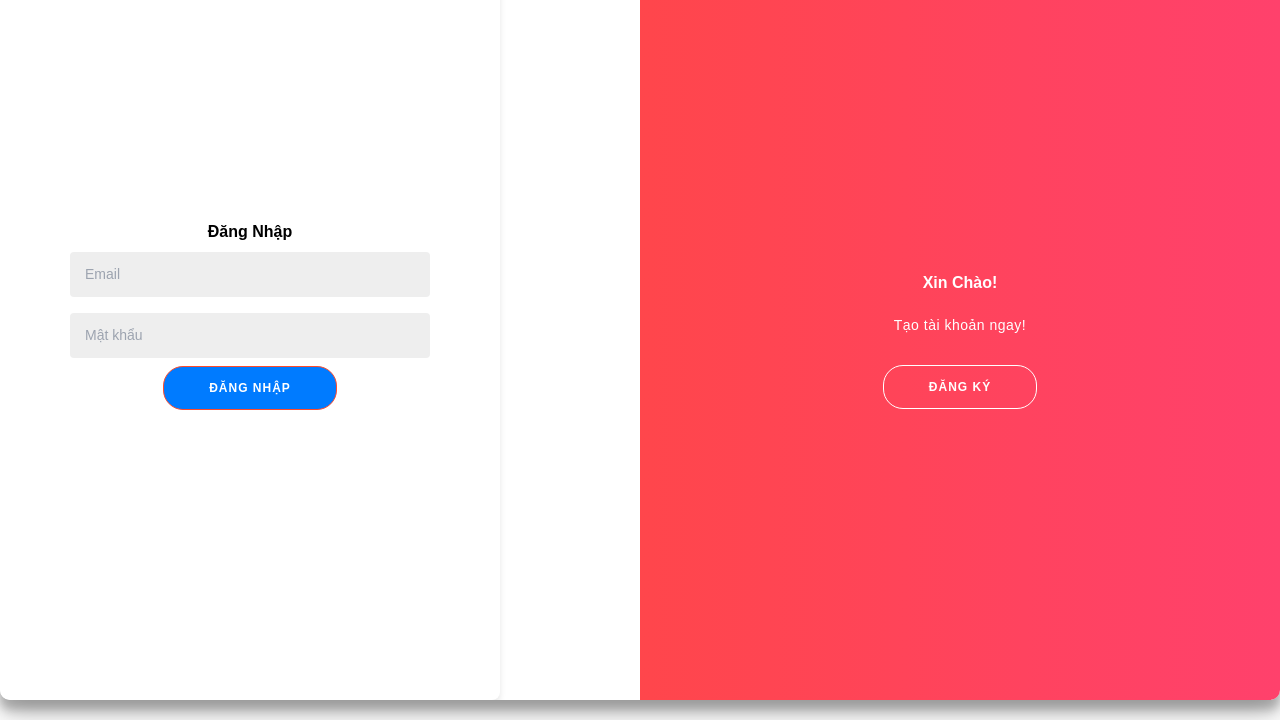
Repository: BlackWolf2002/project_airbn_react
Page: /login
The author's editor kept a copy of each file at every save. The page is drawn from the files as they stood at one save, then again after the next save.
The browser window is 1280 px wide. The pictures show the whole page.
The project was rebuilt for these pictures with package versions that can differ from the ones it lists, and the page was loaded fresh each time. Also part of the build but not shown: vite.config.js, src/api/apiService.js, src/style/Home.css, src/components/Navbar.jsx, src/style/Footer.css, src/components/Footer.jsx, src/components/Home.jsx, src/style/Admin.css and 18 more.

Above is the page before, as saved 2025-02-16 17:54:30.

### src/App.jsx
import React from "react";
import {
    BrowserRouter as Router,
    Route,
    Routes,
    Navigate,
} from "react-router-dom";
import { AuthProvider } from "./contexts/AuthContext";
import Home from "./components/Home";
import Login from "./pages/Login";
import AdminPage from "./pages/AdminPage";
import AdminRoute from "./routes/AdminRoute";
import RoomManagement from "./pages/RoomManagement";
import ViTri from "./pages/ViTri";
import BookingManagement from "./pages/BookingManagement";

function App() {
    return (
        <AuthProvider>
            <Router>
                <Routes>
                    <Route path="/" element={<Home />} />
                    <Route path="/login" element={<Login />} />
                    <Route path="/register" element={<Login />} />

                    {/* Nếu vào /admin, tự động chuyển hướng đến /admin/users */}
                    <Route
                        path="/admin"
                        element={<Navigate to="/admin/users" />}
                    />

                    {/* Route cho trang Admin */}
                    <Route
                        path="/admin/users"
                        element={
                            <AdminRoute>
                                <AdminPage />
                            </AdminRoute>
                        }
                    />

                    {/* Route cho quản lý Room */}
                    <Route
                        path="/admin/rooms"
                        element={
                            <AdminRoute>
                                <RoomManagement />
                            </AdminRoute>
                        }
                    />

                    {/* Route cho quản lý Vị Trí*/}
                    <Route
                        path="/admin/locations"
                        element={
                            <AdminRoute>
                                <ViTri />
                            </AdminRoute>
                        }
                    />

                    {/* Route cho quản lý Booking*/}
                    <Route
                        path="/admin/bookings"
                        element={
                            <AdminRoute>
                                <BookingManagement />
                            </AdminRoute>
                        }
                    />
                </Routes>
            </Router>
        </AuthProvider>
    );
}

export default App;

### src/contexts/AuthContext.jsx
import React, { createContext, useState, useEffect } from "react";

export const AuthContext = createContext();

export const AuthProvider = ({ children }) => {
    const [user, setUser] = useState(null);

    useEffect(() => {
        try {
            const storedUser = localStorage.getItem("user");
            if (storedUser) {
                setUser(JSON.parse(storedUser)); // Kiểm tra JSON trước khi parse
            }
        } catch (error) {
            console.error("Lỗi parse JSON:", error);
            localStorage.removeItem("user"); // Xóa dữ liệu lỗi
        }
    }, []);

    const loginUser = (userData) => {
        setUser(userData);
        localStorage.setItem("user", JSON.stringify(userData));
    };

    const logoutUser = () => {
        setUser(null);
        localStorage.removeItem("user");
        localStorage.removeItem("token");
    };

    return (
        <AuthContext.Provider value={{ user, loginUser, logoutUser }}>
            {children}
        </AuthContext.Provider>
    );
};

### src/pages/Login.jsx
import React, { useState, useContext } from "react";
import { AuthContext } from "../contexts/AuthContext";
import { login, register } from "../api/authService";
import { useNavigate } from "react-router-dom";
import "../style/Login.css";

const Login = () => {
    const { loginUser } = useContext(AuthContext);
    const navigate = useNavigate();
    const [formData, setFormData] = useState({ email: "", password: "" });
    const [isLogin, setIsLogin] = useState(true);
    const [message, setMessage] = useState("");

    const handleChange = (e) => {
        setFormData({ ...formData, [e.target.name]: e.target.value });
    };

    const handleSubmit = async (e) => {
        e.preventDefault();
        try {
            if (isLogin) {
                const data = await login(formData.email, formData.password);

                if (!data || !data.user) {
                    setMessage("Email hoặc mật khẩu không đúng!");
                    return;
                }

                loginUser(data.user);
                localStorage.setItem("token", data.token);
                localStorage.setItem("user", JSON.stringify(data.user));

                if (data.user.role === "ADMIN") {
                    navigate("/admin");
                } else {
                    navigate("/");
                }
            } else {
                await register(formData);
                setMessage("Đăng ký thành công! Hãy đăng nhập.");
                setIsLogin(true);
            }
        } catch (error) {
            console.error("Lỗi API:", error);
            setMessage("Có lỗi xảy ra! Vui lòng thử lại.");
        }
    };

    return (
        <div className="container-login" id="container">
            <div
                className={`form-container ${
                    isLogin ? "sign-in-container" : "sign-up-container"
                }`}
            >
                <form onSubmit={handleSubmit}>
                    <h1>{isLogin ? "Đăng Nhập" : "Đăng Ký"}</h1>
                    {!isLogin && (
                        <>
                            <input
                                type="text"
                                name="name"
                                placeholder="Tên"
                                onChange={handleChange}
                                required
                            />
                            <input
                                type="text"
                                name="phone"
                                placeholder="Số điện thoại"
                                onChange={handleChange}
                                required
                            />
                            <input
                                type="date"
                                name="birthday"
                                onChange={handleChange}
                                required
                            />
                            <select name="gender" onChange={handleChange}>
                                <option value={true}>Nam</option>
                                <option value={false}>Nữ</option>
                            </select>
                        </>
                    )}
                    <input
                        type="email"
                        name="email"
                        placeholder="Email"
                        onChange={handleChange}
                        required
                    />
                    <input
                        type="password"
                        name="password"
                        placeholder="Mật khẩu"
                        onChange={handleChange}
                        required
                    />
                    <button type="submit">
                        {isLogin ? "Đăng Nhập" : "Đăng Ký"}
                    </button>
                    <p className="message">{message}</p>
                </form>
            </div>
            <div className="overlay-container">
                <div className="overlay">
                    <div className="overlay-panel overlay-left">
                        <h1>Chào Mừng Trở Lại!</h1>
                        <p>Để tiếp tục, hãy đăng nhập</p>
                        <button
                            className="ghost"
                            onClick={() => setIsLogin(true)}
                        >
                            Đăng Nhập
                        </button>
                    </div>
                    <div className="overlay-panel overlay-right">
                        <h1>Xin Chào!</h1>
                        <p>Tạo tài khoản ngay!</p>
                        <button
                            className="ghost"
                            onClick={() => setIsLogin(false)}
                        >
                            Đăng Ký
                        </button>
                    </div>
                </div>
            </div>
        </div>
    );
};

export default Login;

### src/api/authService.js
import axios from "axios";

const API_URL = "https://airbnbnew.cybersoft.edu.vn/api/auth";
const TOKEN_CYBERSOFT =
    "eyJhbGciOiJIUzI1NiIsInR5cCI6IkpXVCJ9.eyJ0ZW5Mb3AiOiJOb2RlanMgNDgiLCJIZXRIYW5TdHJpbmciOiIxNi8wOC8yMDI1IiwiSGV0SGFuVGltZSI6IjE3NTUzMDI0MDAwMDAiLCJuYmYiOjE3MzU5MjM2MDAsImV4cCI6MTc1NTQ1MDAwMH0.qhz1imNFTn5VsERO5GZAfbkm944w0Vguuy5WQFo_d0Y";

// Hàm đăng nhập
export const login = async (email, password) => {
    try {
        const response = await axios.post(
            "https://airbnbnew.cybersoft.edu.vn/api/auth/signin",
            { email, password },
            {
                headers: {
                    "Content-Type": "application/json",
                    TokenCybersoft: TOKEN_CYBERSOFT,
                },
            }
        );

        if (response.data && response.data.content) {
            const { token, user } = response.data.content;

            localStorage.removeItem("token"); // Chỉ xóa token cũ
            localStorage.setItem("token", token);
            localStorage.setItem("user", JSON.stringify(user));

            console.log("✅ Token mới đã được lưu:", token);
            return { token, user };
        } else {
            throw new Error("Đăng nhập thất bại.");
        }
    } catch (error) {
        console.error("❌ Lỗi đăng nhập:", error);
        throw error.response ? error.response.data : error;
    }
};

// Hàm đăng ký
export const register = async (userData) => {
    try {
        const response = await axios.post(`${API_URL}/signup`, userData, {
            headers: {
                "Content-Type": "application/json",
                TokenCybersoft: TOKEN_CYBERSOFT,
            },
        });

        return response.data;
    } catch (error) {
        console.error("Lỗi đăng ký:", error);
        throw error.response ? error.response.data : error;
    }
};

### src/style/Login.css
.container-login {
    background-color: #fff;
    border-radius: 10px;
    box-shadow: 0 14px 28px rgba(0, 0, 0, 0.25), 0 10px 10px rgba(0, 0, 0, 0.22);
    position: relative;
    overflow: hidden;
    max-width: 100%;
    min-height: 480px;
    font-family: "Montserrat", sans-serif;
    height: 100vh;
    margin: -20px 0;
    display: flex;
    justify-content: center;
    align-items: center;
}

.container-login h1 {
    font-weight: bold;
    margin: 0;
}

.container-login p {
    font-size: 14px;
    font-weight: 100;
    line-height: 20px;
    letter-spacing: 0.5px;
    margin: 20px 0 30px;
}

.container-login a {
    color: #333;
    font-size: 14px;
    text-decoration: none;
    margin: 15px 0;
}

.container-login button {
    border-radius: 20px;
    border: 1px solid #ff4b2b;
    background-color: #ff4b2b;
    color: #ffffff;
    font-size: 12px;
    font-weight: bold;
    padding: 12px 45px;
    letter-spacing: 1px;
    text-transform: uppercase;
    transition: transform 80ms ease-in;
}

.container-login button:active {
    transform: scale(0.95);
}

.container-login button:focus {
    outline: none;
}

.container-login button.ghost {
    background-color: transparent;
    border-color: #ffffff;
}

.container-login form {
    background-color: #ffffff;
    display: flex;
    align-items: center;
    justify-content: center;
    flex-direction: column;
    padding: 0 50px;
    height: 100%;
    text-align: center;
}

.container-login input {
    background-color: #eee;
    border: none;
    padding: 12px 15px;
    margin: 8px 0;
    width: 100%;
}

.container-login .form-container {
    position: absolute;
    top: 0;
    height: 100%;
    transition: transform 0.6s ease-in-out, opacity 0.6s ease-in-out;
}

.sign-in-container,
.sign-up-container {
    position: absolute;
    width: 50%;
    top: 0;
    height: 100%;
    transition: all 0.6s ease-in-out;
}

.sign-in-container {
    left: 0;
    z-index: 2;
}

.sign-up-container {
    left: 50%;
    z-index: 1;
    opacity: 0;
}

.container-login.right-panel-active .sign-in-container {
    transform: translateX(100%);
    opacity: 0;
    z-index: 1;
}

.container-login.right-panel-active .sign-up-container {
    transform: translateX(-50%);
    opacity: 1;
    z-index: 5;
}

.overlay-container {
    position: absolute;
    top: 0;
    left: 50%;
    width: 50%;
    height: 100%;
    overflow: hidden;
    transition: transform 0.6s ease-in-out;
    z-index: 100;
}

.container-login.right-panel-active .overlay-container {
    transform: translateX(-100%);
}

.overlay {
    background: #ff416c;
    background: -webkit-linear-gradient(to right, #ff4b2b, #ff416c);
    background: linear-gradient(to right, #ff4b2b, #ff416c);
    background-repeat: no-repeat;
    background-size: cover;
    background-position: 0 0;
    color: #ffffff;
    position: relative;
    left: -100%;
    height: 100%;
    width: 200%;
    transform: translateX(0);
    transition: transform 0.6s ease-in-out;
}

.container-login.right-panel-active .overlay {
    transform: translateX(50%);
}

.overlay-panel {
    position: absolute;
    display: flex;
    align-items: center;
    justify-content: center;
    flex-direction: column;
    padding: 0 40px;
    text-align: center;
    top: 0;
    height: 100%;
    width: 50%;
    transform: translateX(0);
    transition: transform 0.6s ease-in-out;
}

.overlay-left {
    transform: translateX(-20%);
}

.container-login.right-panel-active .overlay-left {
    transform: translateX(0);
}

.overlay-right {
    right: 0;
    transform: translateX(0);
}

.container-login.right-panel-active .overlay-right {
    transform: translateX(20%);
}

.container-login .social-container {
    margin: 20px 0;
}

### src/style/RoomForm.css
.form-overlay {
    position: fixed;
    top: 0;
    left: 0;
    width: 100%;
    height: 100%;
    background: rgba(0, 0, 0, 0.5);
    display: flex;
    justify-content: center;
    align-items: center;
    z-index: 1000;
}

.form-container {
    background: #fff;
    border-radius: 8px;
    width: 500px;
    max-width: 90%;
    padding: 20px;
    box-shadow: 0 4px 6px rgba(0, 0, 0, 0.1);
    animation: fadeIn 0.3s ease-in-out;
}

@keyframes fadeIn {
    from {
        opacity: 0;
        transform: translateY(-20px);
    }
    to {
        opacity: 1;
        transform: translateY(0);
    }
}

h2 {
    margin-bottom: 20px;
    font-size: 20px;
    font-weight: bold;
    color: #333;
    text-align: center;
}

form label {
    display: block;
    font-weight: bold;
    margin-bottom: 5px;
    color: #555;
}

form input,
form select,
form textarea {
    width: 100%;
    padding: 8px 10px;
    margin-bottom: 15px;
    border: 1px solid #ddd;
    border-radius: 4px;
    font-size: 14px;
}

form input[type="file"] {
    border: none;
}

form textarea {
    resize: none;
    height: 80px;
}

form .checkbox-group {
    display: grid;
    grid-template-columns: repeat(2, 1fr);
    gap: 10px;
    margin-bottom: 15px;
}

form .checkbox-group label {
    display: flex;
    align-items: center;
    font-size: 14px;
    gap: 5px;
    font-weight: normal;
}

.form-actions {
    display: flex;
    justify-content: space-between;
    margin-top: 20px;
}

form button {
    padding: 10px 20px;
    font-size: 14px;
    border: none;
    border-radius: 4px;
    cursor: pointer;
    transition: background 0.3s;
}

form button[type="submit"] {
    background: #007bff;
    color: white;
}

form button[type="button"] {
    background: #e0e0e0;
    color: #555;
}

form button[type="submit"]:hover {
    background: #0056b3;
}

form button[type="button"]:hover {
    background: #d6d6d6;
}

### tailwind.config.js
/** @type {import('tailwindcss').Config} */
export default {
  content: ["./src/**/*.{js,jsx,ts,tsx}"],
  theme: {
      extend: {},
  },
  plugins: [],
};

Loaded but not shown: index.html (common file); src/main.jsx (common file); src/index.css (common file)

After the next save:
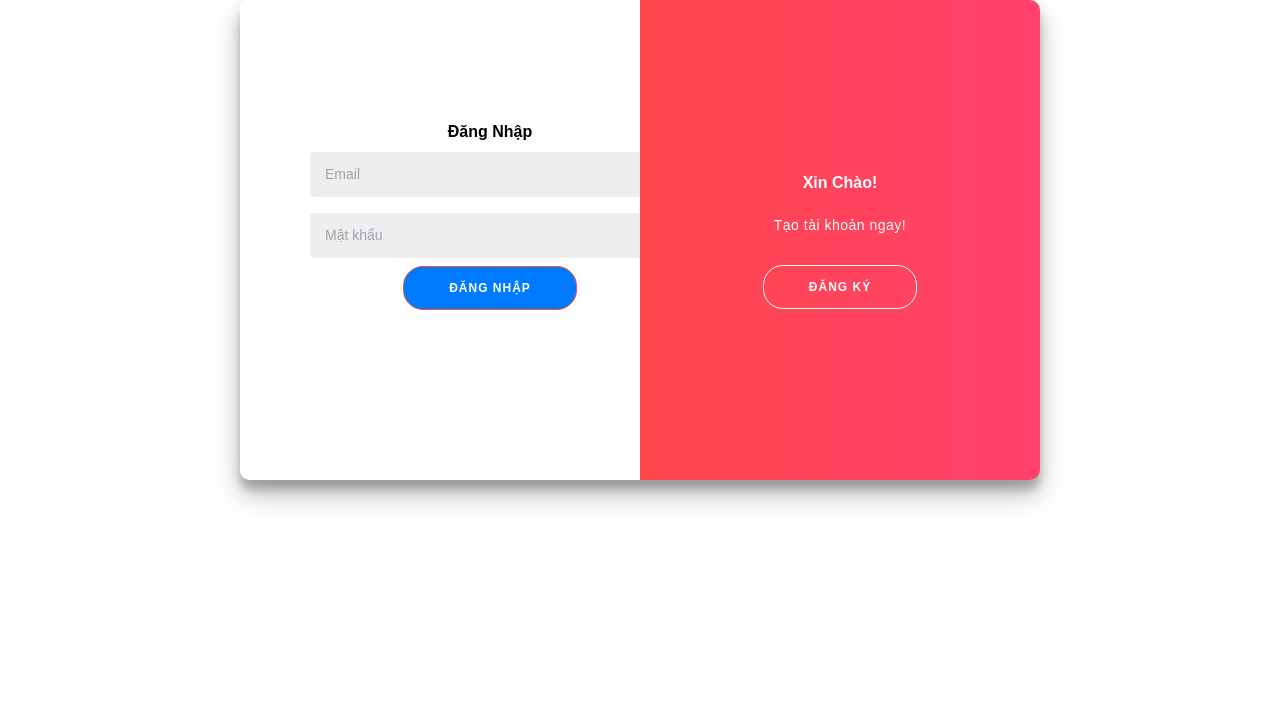
Saved 119 s later.
--- a/src/style/Login.css
+++ b/src/style/Login.css
@@ -4,14 +4,16 @@
     box-shadow: 0 14px 28px rgba(0, 0, 0, 0.25), 0 10px 10px rgba(0, 0, 0, 0.22);
     position: relative;
     overflow: hidden;
-    max-width: 100%;
+    max-width: 800px;
+    width: 100%;
     min-height: 480px;
     font-family: "Montserrat", sans-serif;
-    height: 100vh;
-    margin: -20px 0;
+    height: auto;
+    margin: auto;
     display: flex;
+    flex-direction: column;
+    align-items: center;
     justify-content: center;
-    align-items: center;
 }
 
 .container-login h1 {
@@ -79,20 +81,12 @@
     width: 100%;
 }
 
-.container-login .form-container {
+.form-container {
     position: absolute;
     top: 0;
     height: 100%;
-    transition: transform 0.6s ease-in-out, opacity 0.6s ease-in-out;
-}
-
-.sign-in-container,
-.sign-up-container {
-    position: absolute;
     width: 50%;
-    top: 0;
-    height: 100%;
-    transition: all 0.6s ease-in-out;
+    transition: transform 0.6s ease-in-out;
 }
 
 .sign-in-container {
